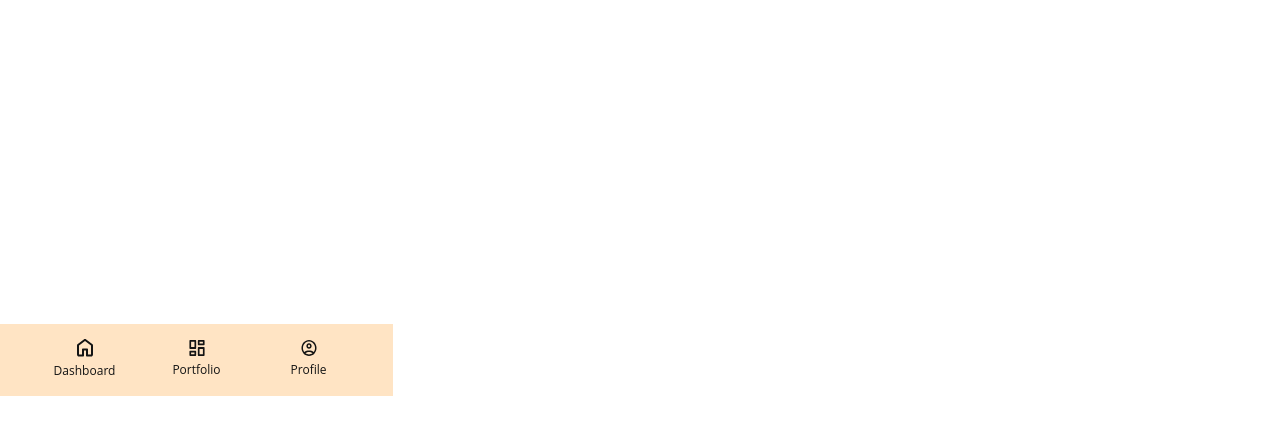
Repository: brunaguarizo/mosaic_app
Page: /
These files come from the project's save history. The page is drawn as it stood at one moment and after the next save; the edit follows.
The browser window is 1280 px wide. The pictures show the whole page.
The project was rebuilt for these pictures with package versions that can differ from the ones it lists, and the page was loaded fresh each time. The framework's server and built-in components were replaced by stand-ins that run in the browser. Also part of the build but not shown: next.config.mjs.

Above is the page before, as saved 2025-04-14 12:47:26.

After the next save:
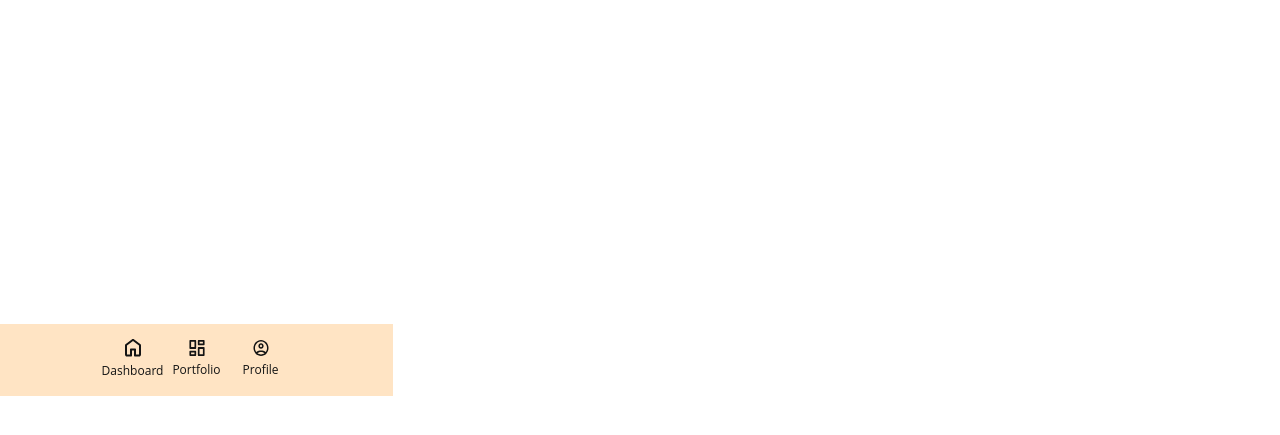
Saved 23 s later.
--- a/app/_ui/navbar/navbar.module.css
+++ b/app/_ui/navbar/navbar.module.css
@@ -8,7 +8,7 @@
     flex-direction: row;
     padding: 0;
     margin: 0;
-    gap: var(--space-large);
+    /* gap: var(--space-large); */
     background-color: bisque;
 }
 

After the save that followed:
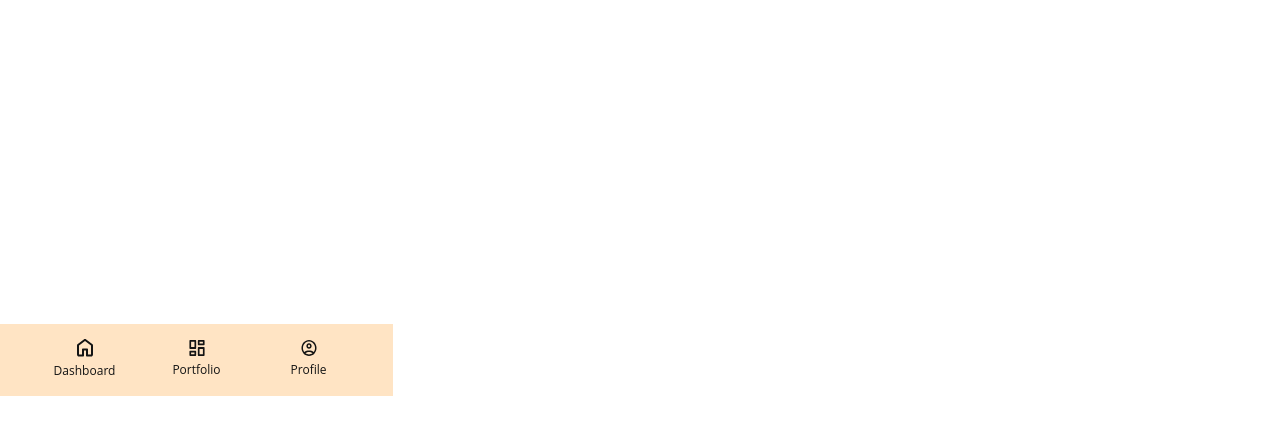
Saved 4 s later.
--- a/app/_ui/navbar/navbar.module.css
+++ b/app/_ui/navbar/navbar.module.css
@@ -8,7 +8,7 @@
     flex-direction: row;
     padding: 0;
     margin: 0;
-    /* gap: var(--space-large); */
+    gap: var(--space-large);
     background-color: bisque;
 }
 
